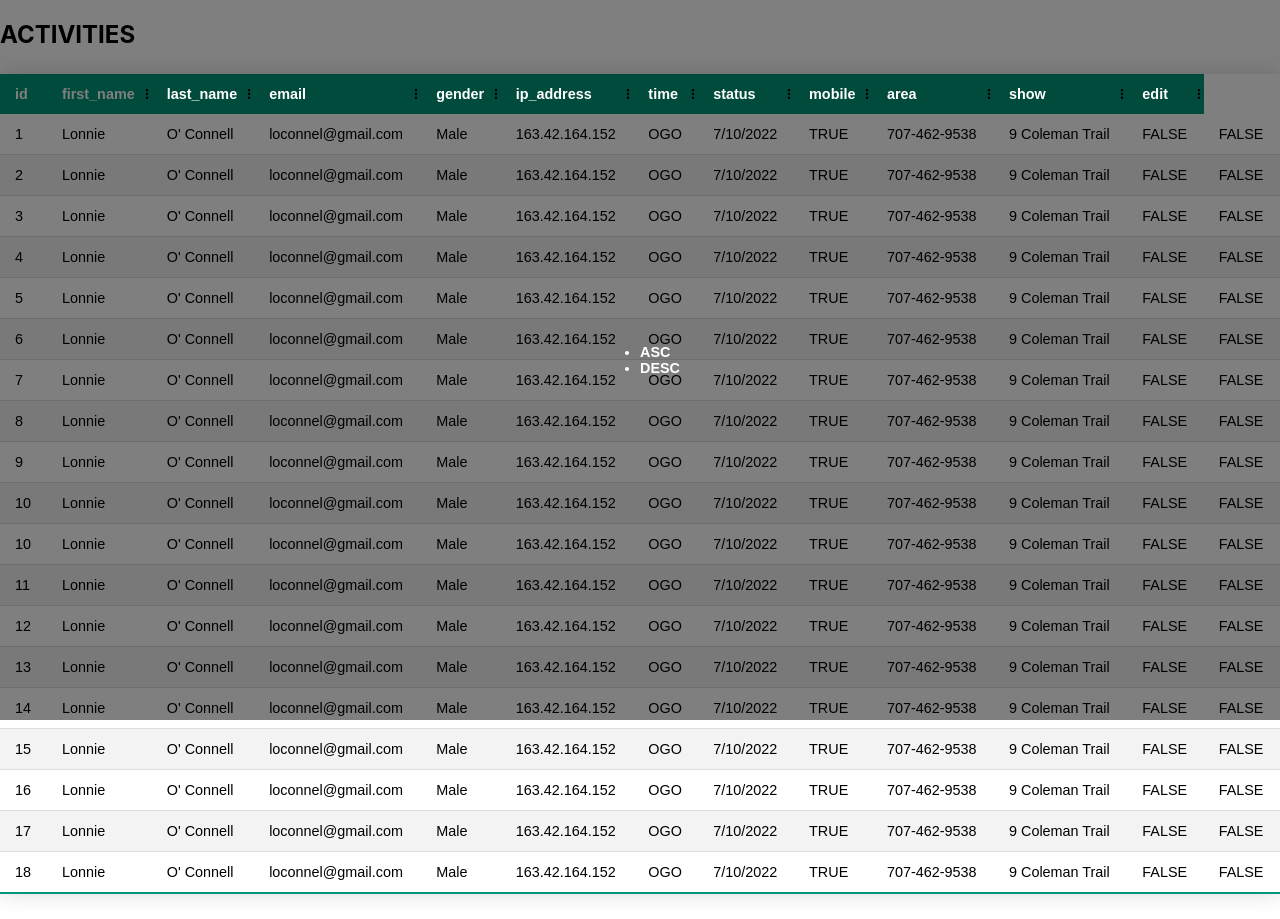
Repository: kartik077-cr7/Ckart
Page: /, after clicking the first element matching `img`
The author's editor kept a copy of each file at every save. The page is drawn from the files as they stood at one save, then again after the next save.
The browser window is 1280 px wide. The pictures show the whole page.
The project was rebuilt for these pictures with package versions that can differ from the ones it lists, and the page was loaded fresh each time.

Above is the page before, as saved 2022-12-10 17:52:42.

### src/App.js
import Table from "./components/Table";
import './App.css';

const driversData = [
  {
    id: 1,
    first_name: "Lonnie",
		last_name: "O' Connell ",
		email: "loconnel@gmail.com",
		gender: "Male",
		ip_address: "163.42.164.152",
		airport_code:"OGO",
		time:"7/10/2022",
		status:"TRUE",
		mobile:"707-462-9538",
		area: "9 Coleman Trail",
		show: "FALSE",
		edit: "FALSE"
  },
  {
    id: 2,
    first_name: "Lonnie",
		last_name: "O' Connell ",
		email: "loconnel@gmail.com",
		gender: "Male",
		ip_address: "163.42.164.152",
		airport_code:"OGO",
		time:"7/10/2022",
		status:"TRUE",
		mobile:"707-462-9538",
		area: "9 Coleman Trail",
		show: "FALSE",
		edit: "FALSE"
  },
  {
    id: 3,
    first_name: "Lonnie",
		last_name: "O' Connell ",
		email: "loconnel@gmail.com",
		gender: "Male",
		ip_address: "163.42.164.152",
		airport_code:"OGO",
		time:"7/10/2022",
		status:"TRUE",
		mobile:"707-462-9538",
		area: "9 Coleman Trail",
		show: "FALSE",
		edit: "FALSE"
  },
  {
    id: 4,
    first_name: "Lonnie",
		last_name: "O' Connell ",
		email: "loconnel@gmail.com",
		gender: "Male",
		ip_address: "163.42.164.152",
		airport_code:"OGO",
		time:"7/10/2022",
		status:"TRUE",
		mobile:"707-462-9538",
		area: "9 Coleman Trail",
		show: "FALSE",
		edit: "FALSE"
  },
  {
    id: 5,
		first_name: "Lonnie",
		last_name: "O' Connell ",
		email: "loconnel@gmail.com",
		gender: "Male",
		ip_address: "163.42.164.152",
		airport_code:"OGO",
		time:"7/10/2022",
		status:"TRUE",
		mobile:"707-462-9538",
		area: "9 Coleman Trail",
		show: "FALSE",
		edit: "FALSE"
  },
  {
    id: 6,
		first_name: "Lonnie",
		last_name: "O' Connell ",
		email: "loconnel@gmail.com",
		gender: "Male",
		ip_address: "163.42.164.152",
		airport_code:"OGO",
		time:"7/10/2022",
		status:"TRUE",
		mobile:"707-462-9538",
		area: "9 Coleman Trail",
		show: "FALSE",
		edit: "FALSE"
  },
  {
    id: 7,
		first_name: "Lonnie",
		last_name: "O' Connell ",
		email: "loconnel@gmail.com",
		gender: "Male",
		ip_address: "163.42.164.152",
		airport_code:"OGO",
		time:"7/10/2022",
		status:"TRUE",
		mobile:"707-462-9538",
		area: "9 Coleman Trail",
		show: "FALSE",
		edit: "FALSE"
  },
  {
    id: 8,
		first_name: "Lonnie",
		last_name: "O' Connell ",
		email: "loconnel@gmail.com",
		gender: "Male",
		ip_address: "163.42.164.152",
		airport_code:"OGO",
		time:"7/10/2022",
		status:"TRUE",
		mobile:"707-462-9538",
		area: "9 Coleman Trail",
		show: "FALSE",
		edit: "FALSE"
  },
  {
    id: 9,
		first_name: "Lonnie",
		last_name: "O' Connell ",
		email: "loconnel@gmail.com",
		gender: "Male",
		ip_address: "163.42.164.152",
		airport_code:"OGO",
		time:"7/10/2022",
		status:"TRUE",
		mobile:"707-462-9538",
		area: "9 Coleman Trail",
		show: "FALSE",
		edit: "FALSE"
  },
  {
    id: 10,
    first_name: "Lonnie",
		last_name: "O' Connell ",
		email: "loconnel@gmail.com",
		gender: "Male",
		ip_address: "163.42.164.152",
		airport_code:"OGO",
		time:"7/10/2022",
		status:"TRUE",
		mobile:"707-462-9538",
		area: "9 Coleman Trail",
		show: "FALSE",
		edit: "FALSE"
  },
  {
    id: 10,
		first_name: "Lonnie",
		last_name: "O' Connell ",
		email: "loconnel@gmail.com",
		gender: "Male",
		ip_address: "163.42.164.152",
		airport_code:"OGO",
		time:"7/10/2022",
		status:"TRUE",
		mobile:"707-462-9538",
		area: "9 Coleman Trail",
		show: "FALSE",
		edit: "FALSE"

  },
  {
    id: 11,
    first_name: "Lonnie",
		last_name: "O' Connell ",
		email: "loconnel@gmail.com",
		gender: "Male",
		ip_address: "163.42.164.152",
		airport_code:"OGO",
		time:"7/10/2022",
		status:"TRUE",
		mobile:"707-462-9538",
		area: "9 Coleman Trail",
		show: "FALSE",
		edit: "FALSE"
  },
  {
    id: 12,
    first_name: "Lonnie",
		last_name: "O' Connell ",
		email: "loconnel@gmail.com",
		gender: "Male",
		ip_address: "163.42.164.152",
		airport_code:"OGO",
		time:"7/10/2022",
		status:"TRUE",
		mobile:"707-462-9538",
		area: "9 Coleman Trail",
		show: "FALSE",
		edit: "FALSE"
  },
  {
    id: 13,
		first_name: "Lonnie",
		last_name: "O' Connell ",
		email: "loconnel@gmail.com",
		gender: "Male",
		ip_address: "163.42.164.152",
		airport_code:"OGO",
		time:"7/10/2022",
		status:"TRUE",
		mobile:"707-462-9538",
		area: "9 Coleman Trail",
		show: "FALSE",
		edit: "FALSE"
  },
  {
    id: 14,
		first_name: "Lonnie",
		last_name: "O' Connell ",
		email: "loconnel@gmail.com",
		gender: "Male",
		ip_address: "163.42.164.152",
		airport_code:"OGO",
		time:"7/10/2022",
		status:"TRUE",
		mobile:"707-462-9538",
		area: "9 Coleman Trail",
		show: "FALSE",
		edit: "FALSE"
  },
  {
    id: 15,
		first_name: "Lonnie",
		last_name: "O' Connell ",
		email: "loconnel@gmail.com",
		gender: "Male",
		ip_address: "163.42.164.152",
		airport_code:"OGO",
		time:"7/10/2022",
		status:"TRUE",
		mobile:"707-462-9538",
		area: "9 Coleman Trail",
		show: "FALSE",
		edit: "FALSE"
  },
  {
    id: 16,
		first_name: "Lonnie",
		last_name: "O' Connell ",
		email: "loconnel@gmail.com",
		gender: "Male",
		ip_address: "163.42.164.152",
		airport_code:"OGO",
		time:"7/10/2022",
		status:"TRUE",
		mobile:"707-462-9538",
		area: "9 Coleman Trail",
		show: "FALSE",
		edit: "FALSE"
  },
  {
    id: 17,
		first_name: "Lonnie",
		last_name: "O' Connell ",
		email: "loconnel@gmail.com",
		gender: "Male",
		ip_address: "163.42.164.152",
		airport_code:"OGO",
		time:"7/10/2022",
		status:"TRUE",
		mobile:"707-462-9538",
		area: "9 Coleman Trail",
		show: "FALSE",
		edit: "FALSE"
  },
  {
    id: 18,
		first_name: "Lonnie",
		last_name: "O' Connell ",
		email: "loconnel@gmail.com",
		gender: "Male",
		ip_address: "163.42.164.152",
		airport_code:"OGO",
		time:"7/10/2022",
		status:"TRUE",
		mobile:"707-462-9538",
		area: "9 Coleman Trail",
		show: "FALSE",
		edit: "FALSE"
  },
];


function App() {
  return (
    <div className="App">
			<Table
			   data = {driversData}
			   headingColumns={["id","first_name","last_name","email","gender","ip_address","time","status","mobile","area","show","edit"]}
				 title = "Activities"
			/>
    </div>
  );
}

export default App;

### src/components/Table.js
import React from "react";
import Column from "./Column";

const Table = ({ data,headingColumns,title,handleFilter,sortedCol }) => {

	const rowDatas = data.map((row,index) => {

		let rowData = [];
		let i = 0;

		for(const key in row){
			rowData.push({
				key: headingColumns[i],
				val: row[key]
			});
			i++;
		}

		const checkStatus = (data) => {
			if(data.key == 'status')
			{
				if(data.val == 'FALSE')
				  return 'red';
				else
				  return 'green';
			}
			else
			  return '';
		}

		return <tr key={index}>
		{rowData.map((data, index) => <td key={index} className={checkStatus(data)}  data-heading={data.key}>{data.val}</td>)}
	  </tr>
	})

	return (
		<div className="table-container">
			<div className="table-title">
				<h2>{title.toUpperCase()}</h2>
			</div>
			<table className="table-class">
				<thead>
					<tr>
						{headingColumns.map((col,index) => (
							<Column sortedCol={sortedCol} handleFilter={handleFilter} key={index} column_name={col} index={index}/>
						))}
					</tr>
				</thead>
				<tbody>
					{rowDatas}
				</tbody>
			</table>
		</div>
	)
}

export default Table;

### src/App.css
.table-container{
	width: 100%;
}
.table-class{
	width: 100%;
	border-collapse: collapse;
	margin: 25px 0;
	font-size: 0.9em;
	font-family: sans-serif;
	min-width: 400px;
	box-shadow: 0 0 20px rgba(0, 0, 0, 0.15);
}

.table-class thead tr {
	background-color: #009879;
	color: #ffffff;
	text-align: left;
}

.table-class th,
.table-class td {
    padding: 12px 15px;
}

.table-class tbody tr {
	border-bottom: 1px solid #dddddd;
}

.table-class tbody tr:nth-of-type(even) {
	background-color: #f3f3f3;
}

.table-class tbody tr:last-of-type {
	border-bottom: 2px solid #009879;
}

.table-class tbody tr.active-row {
	font-weight: bold;
	color: #009879;
}


.modal {
	position: fixed;
	left: 0;
	top: 0;
	right: 0;
	bottom: 0;
	background-color: rgba(0,0,0,0.5);
	display: flex;
	align-items: center;
	justify-content: center;
}

.modal-body{
	padding: 0px;
}

### src/components/Column.js
import React from 'react';
import { useState } from 'react';
import Dots from "../svg/vertical_dot.svg";
import Modal from './Modal';

const Column = ({column_name,index}) => {

	const [open, setOpen] = useState(false);

	const handleOpen = () => {
		console.log("opening modal ");
		setOpen(true);
	};

	const handleClose = () => {
    setOpen(false);
	};

	return (
		<th key = {index} style={{position:"relative"}}>
			{column_name}
			{open && <Modal/>}
			{ index !== 0 && <img
			  onClick = {handleOpen}
				src = {Dots}
				style={{
					width: "10px",
					height: "10px",
					top: "15px",
					right: "0px",
					position: "absolute",
					cursor: "pointer",
				}}
			 />
			}
		</th>
	)
};

export default Column;

### src/components/Modal.js
import React from "react";

const Modal = () => {

	return(
		<div className="modal">
		    <ul>
					<li>ASC</li>
					<li>DESC</li>
				</ul>
		</div>
	)
};

export default Modal;

Loaded but not shown: public/index.html (common file); src/index.js (common file); src/index.css (common file); src/reportWebVitals.js (common file)

After the next save:
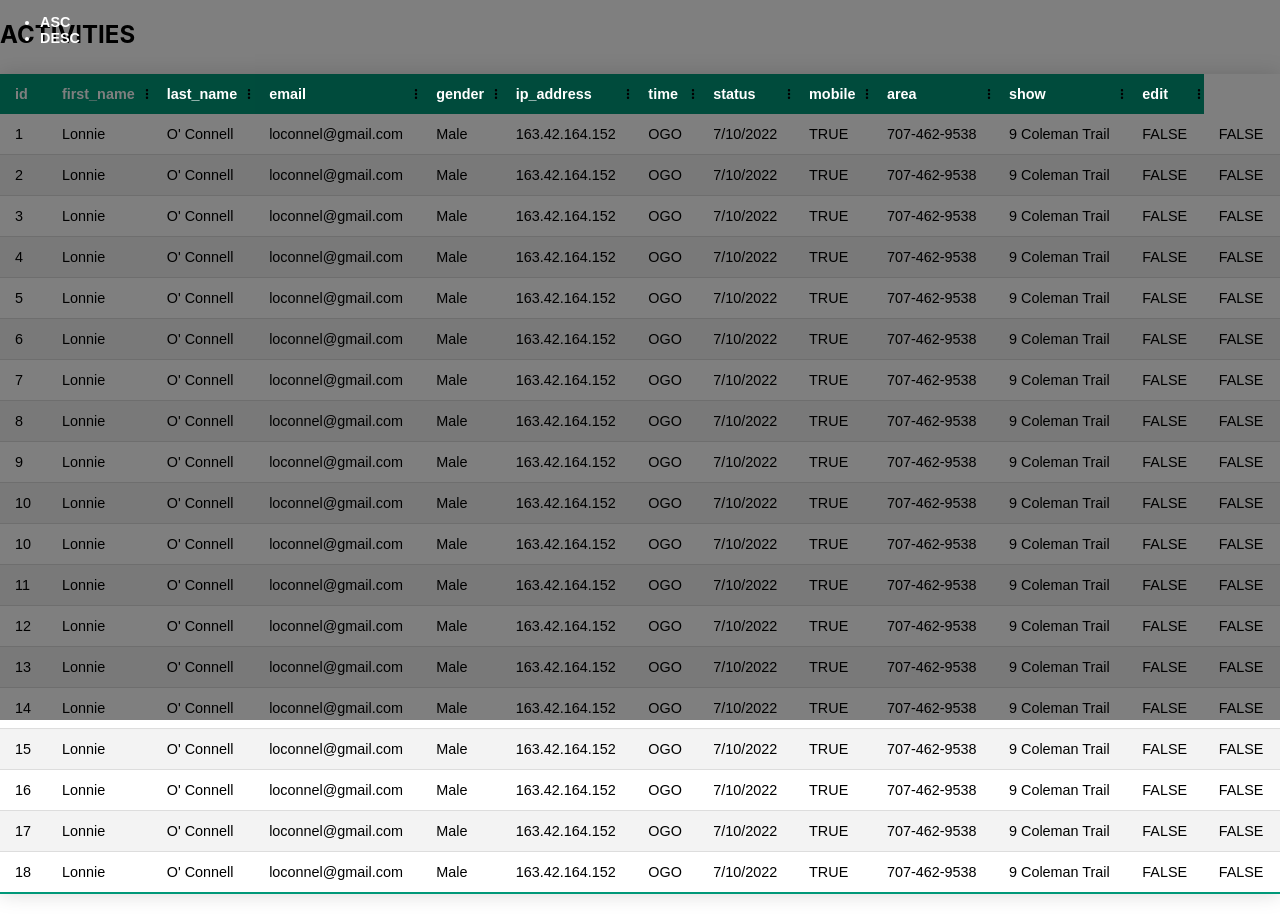
Saved 54 s later.
--- a/src/App.css
+++ b/src/App.css
@@ -47,9 +47,6 @@
 	right: 0;
 	bottom: 0;
 	background-color: rgba(0,0,0,0.5);
-	display: flex;
-	align-items: center;
-	justify-content: center;
 }
 
 .modal-body{
